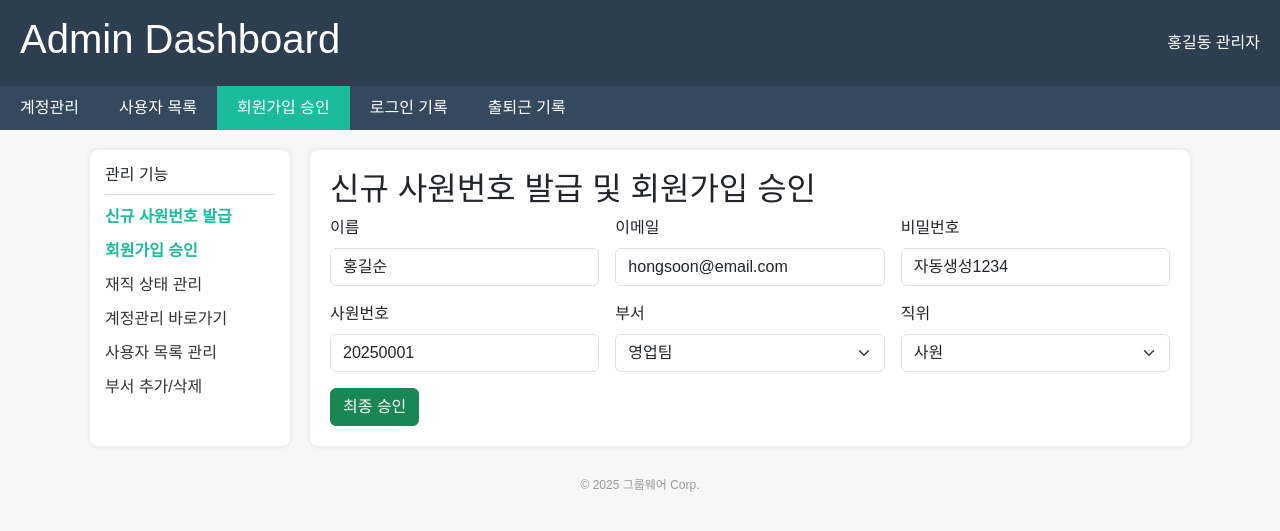
Repository: hyunbin7664/web-java-workspace
Page: groupware/src/main/webapp/admin_employee_approval.html
These files come from the project's save history. The page is drawn as it stood at one moment and after the next save; the edit follows.
The browser window is 1280 px wide. The pictures show the whole page.

Above is the page before, as saved 2025-07-07 08:17:07.

After the next save:
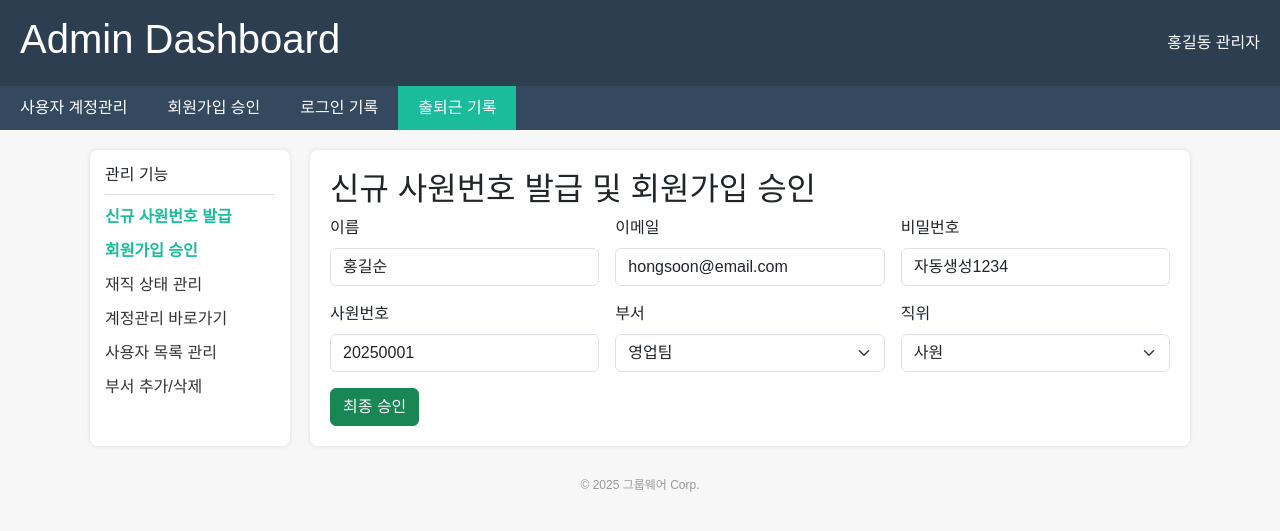
Saved 9 s later.
--- a/groupware/src/main/webapp/admin_employee_approval.html
+++ b/groupware/src/main/webapp/admin_employee_approval.html
@@ -96,14 +96,16 @@ footer {
 </head>
 <body>
 	<header>
-		<h1>Admin Dashboard</h1>
+		<h1>
+			<a href="admin_dashboard.html" style="text-decoration: none; color: inherit;">Admin Dashboard</a>
+		</h1>
 		<div>홍길동 관리자</div>
 	</header>
 	<nav>
-		<a href="admin_dashboard.html">계정관리</a> <a href="user_list.html">사용자
-			목록</a> <a href="employee_approval.html" class="active">회원가입 승인</a> <a
-			href="login_log.html">로그인 기록</a> <a href="attendance_log.html">출퇴근
-			기록</a>
+		<a href="user_list.html">사용자 계정관리</a>
+		<a href="employee_approval.html">회원가입 승인</a>
+		<a href="login_log.html">로그인 기록</a>
+		<a href="attendance_log.html" class="active">출퇴근 기록</a>
 	</nav>
 	<div class="container">
 		<div class="sidebar">
